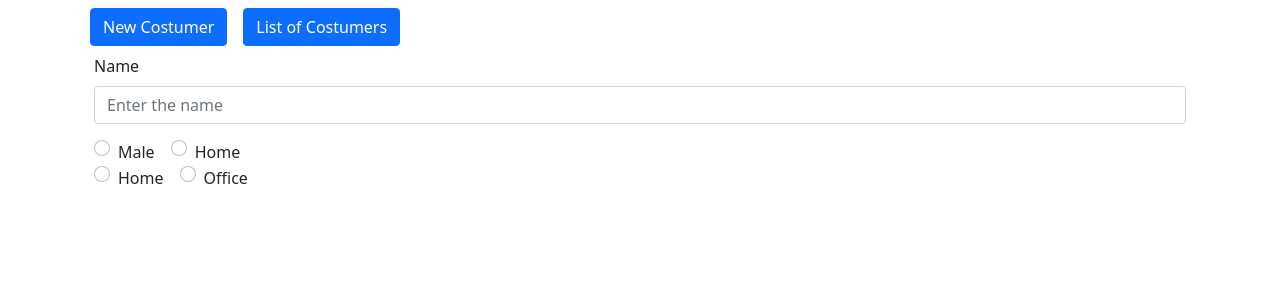
Repository: Sanjayjangra88/combo_app
Page: /, after clicking the first element matching `button.btn`
The author's editor kept a copy of each file at every save. The page is drawn from the files as they stood at one save, then again after the next save.
The browser window is 1280 px wide. The pictures show the whole page.
Some web libraries are served in a nearby version. The project was rebuilt for these pictures with package versions that can differ from the ones it lists, and the page was loaded fresh each time. Also part of the build but not shown: src/App.js.

Above is the page before, as saved 2022-06-04 12:57:22.

After the next save:
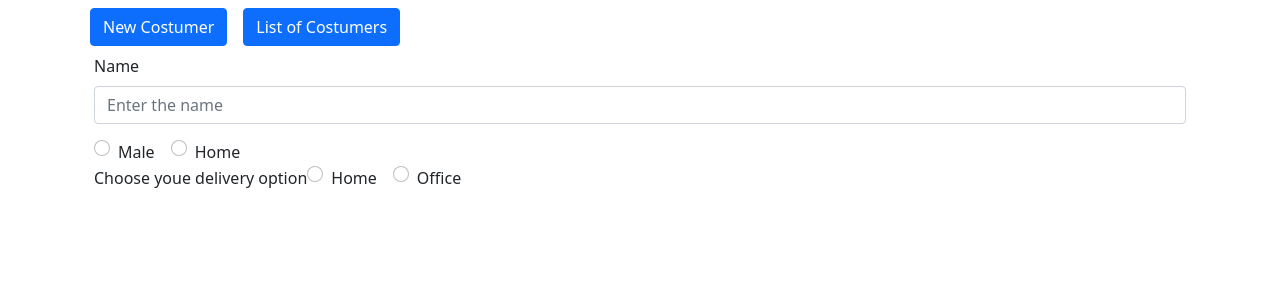
Saved 56 s later.
--- a/src/Components/dpForm.jsx
+++ b/src/Components/dpForm.jsx
@@ -41,6 +41,7 @@ export class dpForm extends Component {
                     onChange={this.handelChange}/>
                     <label className="form-check-label">Home</label>
                 </div><br/>
+                <label className="form-check-label">Choose youe delivery option</label>
                 <div className="form-check form-check-inline">
                     <input
                     className="form-check-input"
